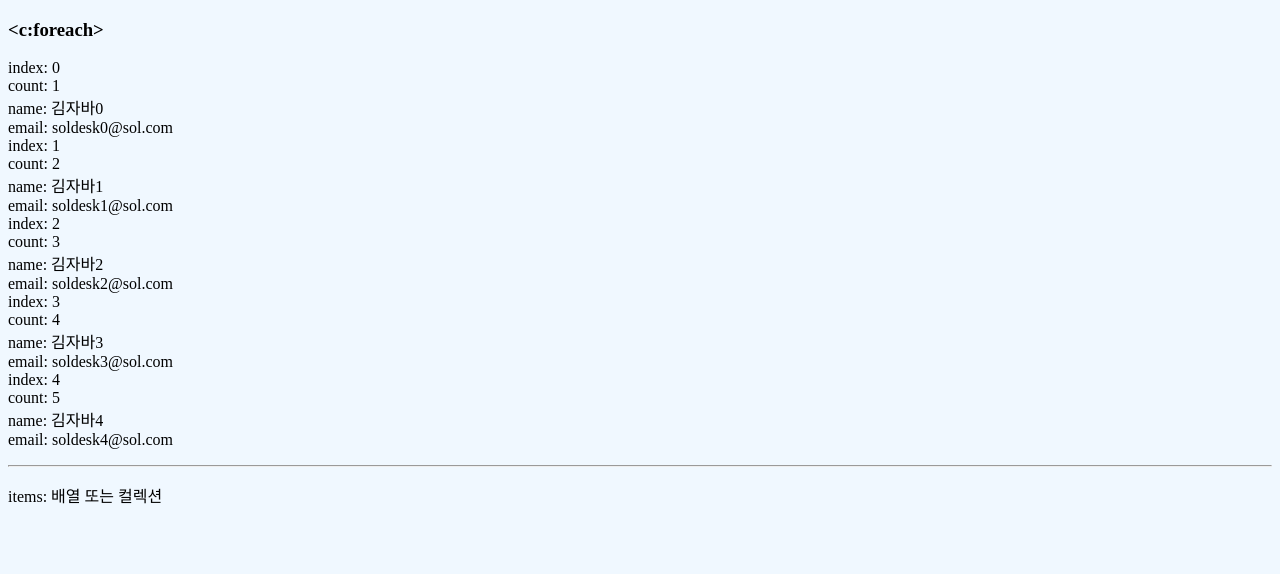
Repository: topblame/Bootcamp
Page: http://localhost/JSP_250408/chapter05/02_jstl_Foreach.jsp
An editor plug-in stored every save of this project. The page is shown before and after the next save, followed by the edit.
The browser window is 1280 px wide. The pictures show the whole page.
The page is served by Tomcat 9. Other server files are loaded and not shown.

Above is the page before, as saved 2025-06-27 05:45:10.

### WebMvc/JSP_250408/src/main/webapp/chapter05/02_jstl_Foreach.jsp
<%@ page language="java" contentType="text/html; charset=UTF-8"  pageEncoding="UTF-8"%>
<%@ taglib prefix="c" uri = "http://java.sun.com/jsp/jstl/core" %>
<!DOCTYPE html PUBLIC "-//W3C//DTD HTML 4.01 Transitional//EN" "http://www.w3.org/TR/html4/loose.dtd">
<html>
<head>
<meta http-equiv="Content-Type" content="text/html; charset=UTF-8">
<title>JSTL_FOREACH</title>
</head>
<body bgcolor = "aliceblue">
<h3>&lt;c:foreach&gt;</h3>

<c:forEach var ="i" items = "${members }" begin = "0" end = "4" varStatus = "status">
	index: ${status.index } <br />
	count: ${status.count } <br />
	name: ${i.name } <br>
	email: ${i.email } <br>
</c:forEach>
<p></p>
<hr />
<p></p>
items: 배열 또는 컬렉션
<c:forTokens items="" delims = ", ">
</c:forTokens>
</body>
</html>

After the next save:
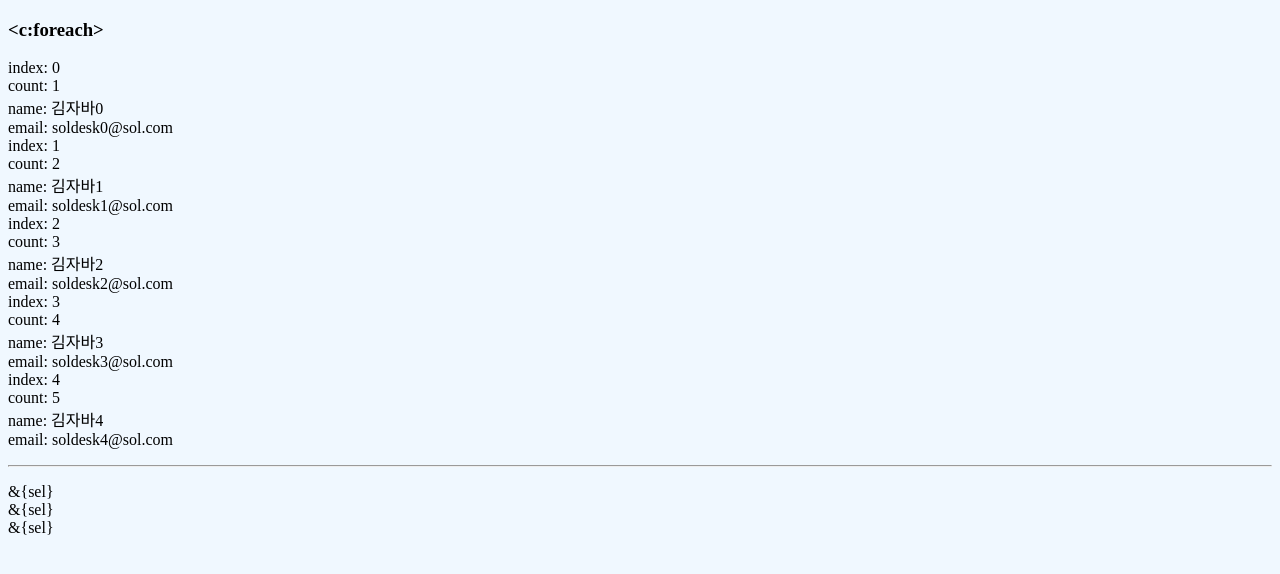
Saved 95 s later.
--- a/WebMvc/JSP_250408/src/main/webapp/chapter05/02_jstl_Foreach.jsp
+++ b/WebMvc/JSP_250408/src/main/webapp/chapter05/02_jstl_Foreach.jsp
@@ -18,8 +18,9 @@
 <p></p>
 <hr />
 <p></p>
-items: 배열 또는 컬렉션
-<c:forTokens items="" delims = ", ">
+<!-- items: 배열 또는 컬렉션 -->
+<c:forTokens var = "sel" items="솔데스크, 02-789-4561, 종로구" delims = ", ">
+	&{sel}<br/>
 </c:forTokens>
 </body>
 </html>
